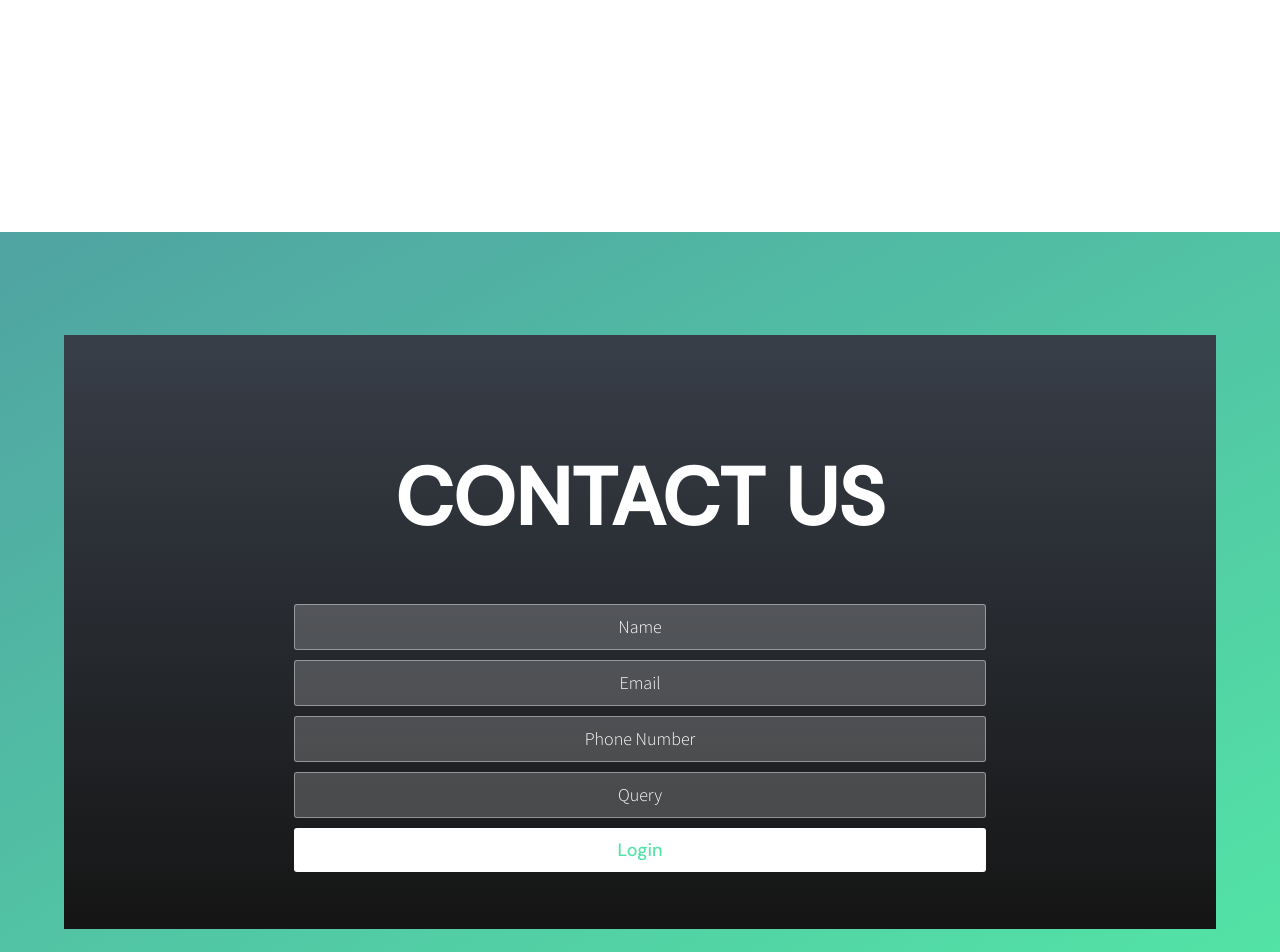
Repository: Jrap-bit/PeriodofSharing
Page: index.html
These files come from the project's save history. The page is drawn as it stood at one moment and after the next save; the edit follows.
The browser window is 1280 px wide. The pictures show the part of the page from y = 1325 to 2277 px (the page is 2277 px tall).

Above is the page before, as saved 2022-01-16 01:21:54.

After the next save:
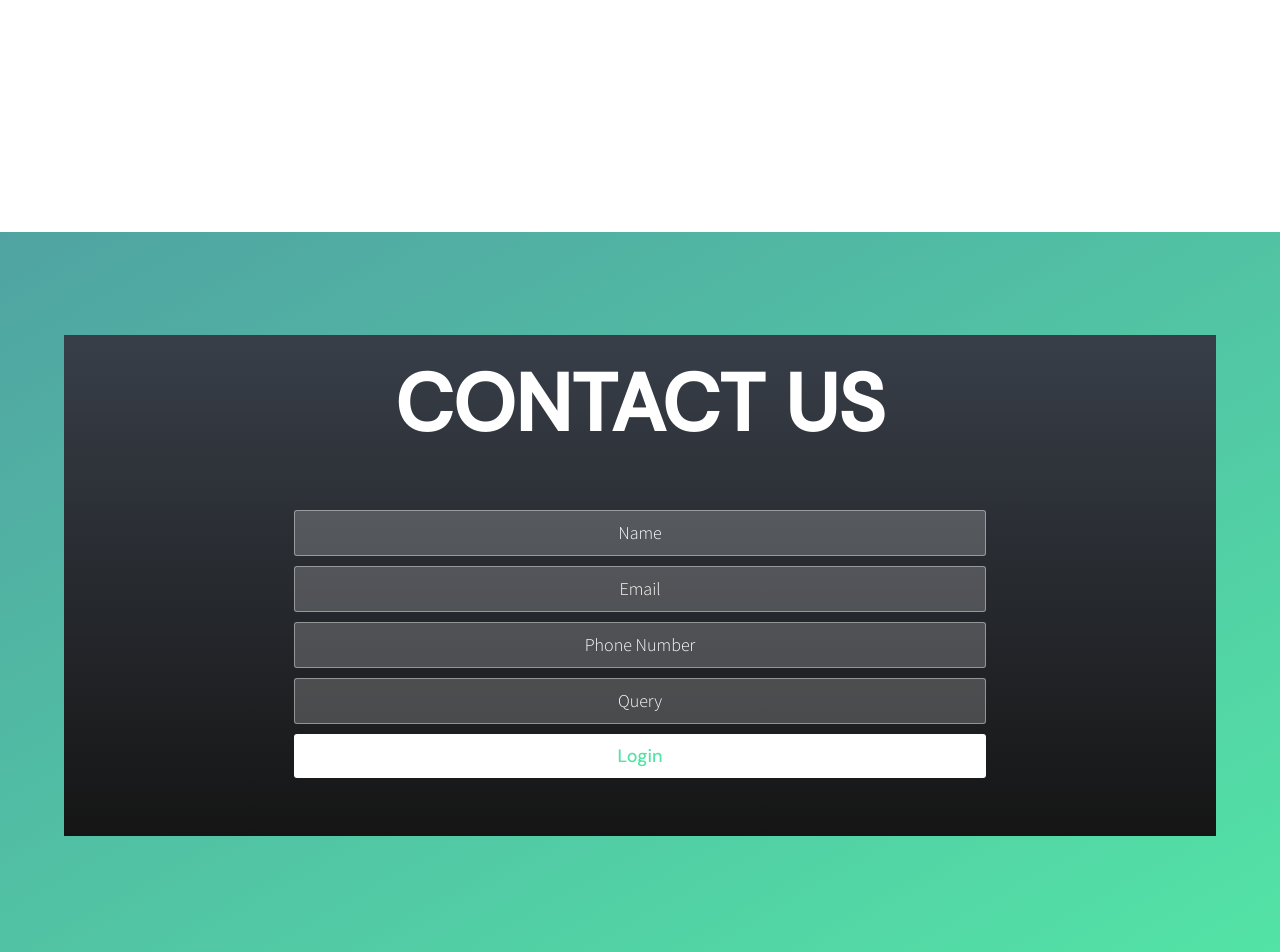
Saved 43 s later.
--- a/style.css
+++ b/style.css
@@ -65,6 +65,7 @@ body :-ms-input-placeholder {
 .form-header{
     font-family: 'DM Sans', sans-serif;
     color: #fff;
+    margin-top: -40px;
     font-weight: 600;
     font-size: 5rem;
 }
